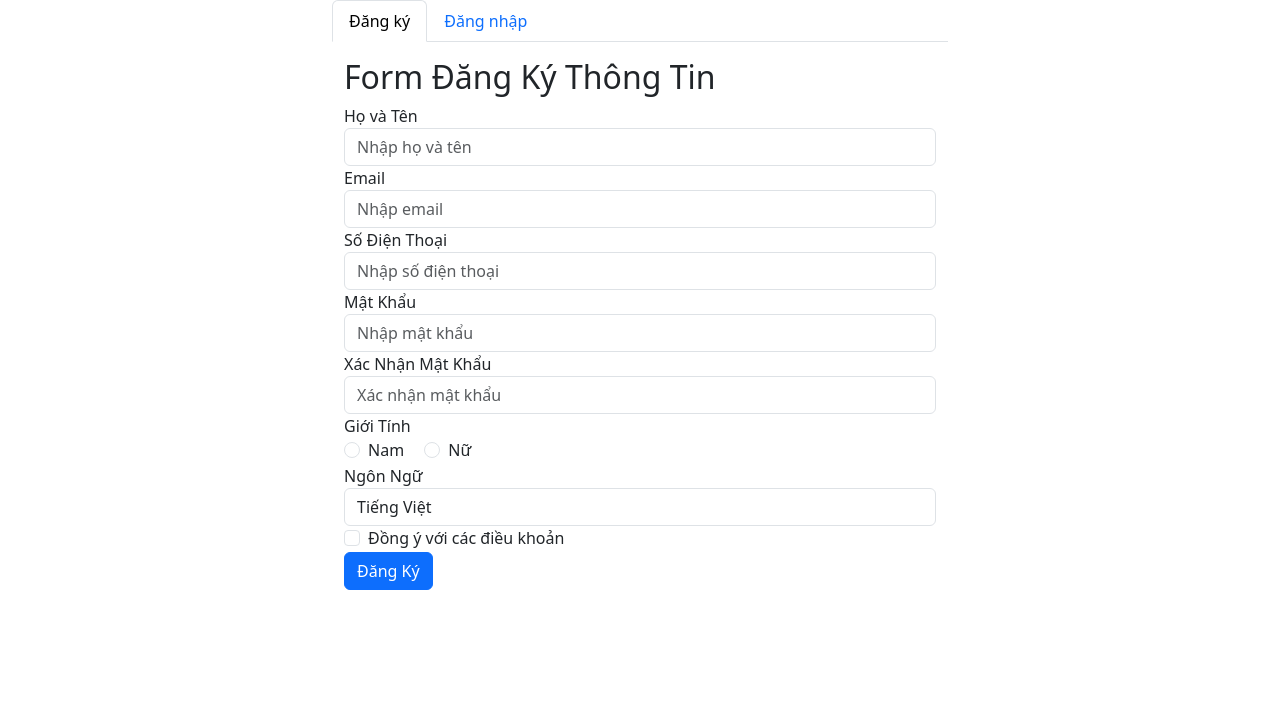
Repository: KizukoHeiwa/SOF308
Page: Lab2/bai3.html
An editor plug-in stored every save of this project. The page is shown before and after the next save, followed by the edit.
The browser window is 1280 px wide. The pictures show the whole page.

Above is the page before, as saved 2024-11-07 10:18:26.

After the next save:
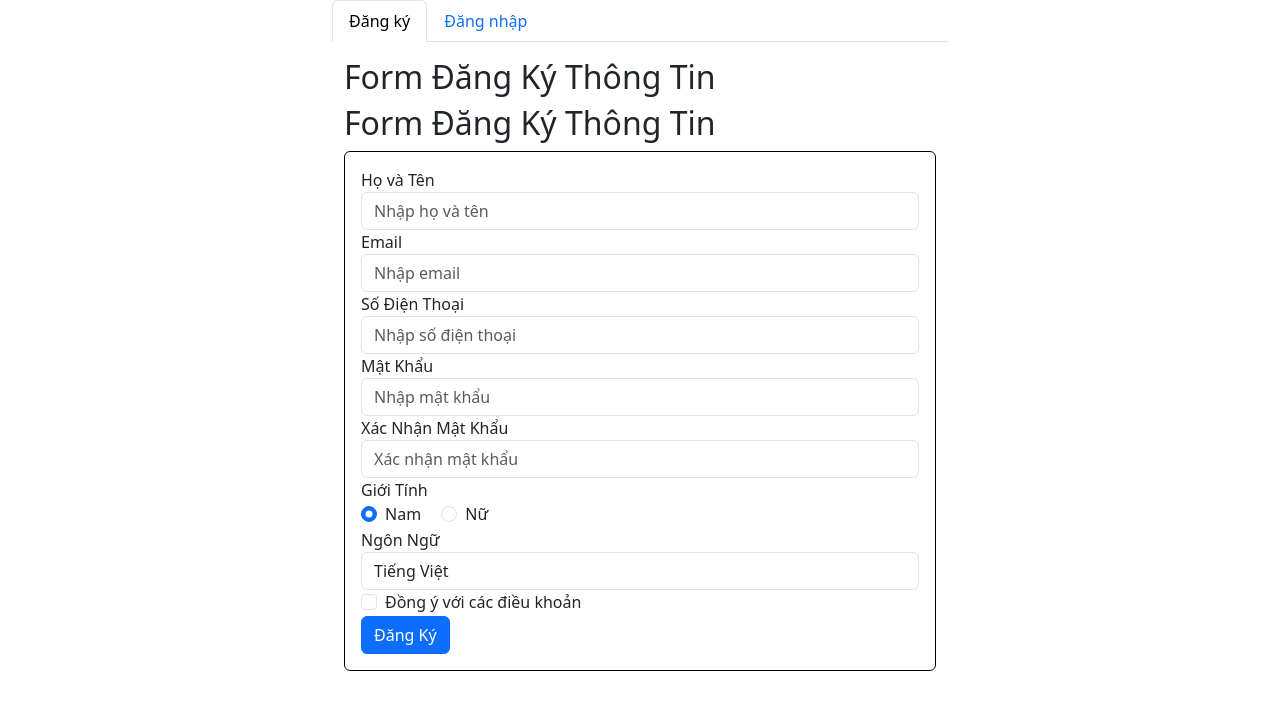
Saved 28 s later.
--- a/Lab2/bai3.html
+++ b/Lab2/bai3.html
@@ -20,7 +20,8 @@
         <div class="tab-content">
             <div id="register" class="container tab-pane active mt-3">
                 <h2>Form Đăng Ký Thông Tin</h2>
-                <form>
+                <h2>Form Đăng Ký Thông Tin</h2>
+                <form class="border border-black rounded p-3">
                     <div class="form-group">
                         <label for="fullName">Họ và Tên</label>
                         <input type="text" class="form-control" id="fullName" placeholder="Nhập họ và tên">
@@ -45,7 +46,7 @@
                     <div class="form-group">
                         <label>Giới Tính</label><br>
                         <div class="form-check form-check-inline">
-                            <input class="form-check-input" type="radio" name="gender" id="genderMale" value="male">
+                            <input class="form-check-input" type="radio" name="gender" id="genderMale" value="male" checked>
                             <label class="form-check-label" for="genderMale">Nam</label>
                         </div>
                         <div class="form-check form-check-inline">
